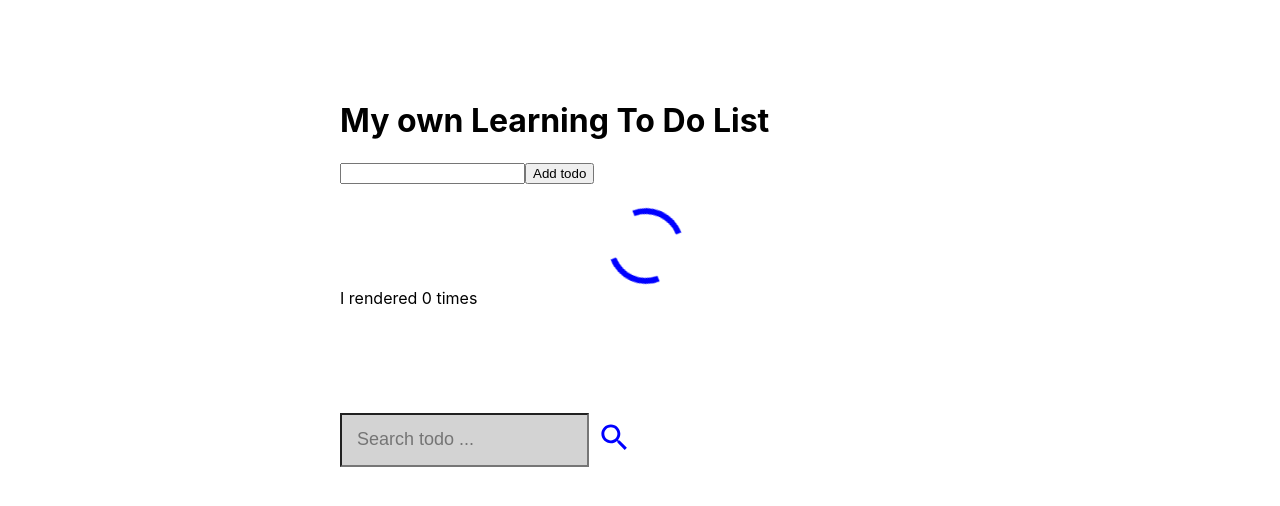
Repository: ArusyakAghajanyan/To-Do
Page: /
The author's editor kept a copy of each file at every save. The page is drawn from the files as they stood at one save, then again after a run of saves.
The browser window is 1280 px wide. The pictures show the whole page.
The page's requests for data from a server got no answer. The project was rebuilt for these pictures with package versions that can differ from the ones it lists, and the page was loaded fresh each time. No one was signed in, and anything a server would have sent is missing. Also part of the build but not shown: src/Todo/TodoItem.js, src/Todo/TodoList.js.

Above is the page before, as saved 2022-03-11 02:21:58.

### src/index.css
body {
  margin: 0;
  font-family: -apple-system, BlinkMacSystemFont, 'Segoe UI', 'Roboto', 'Oxygen',
    'Ubuntu', 'Cantarell', 'Fira Sans', 'Droid Sans', 'Helvetica Neue',
    sans-serif;
  -webkit-font-smoothing: antialiased;
  -moz-osx-font-smoothing: grayscale;
}

code {
  font-family: source-code-pro, Menlo, Monaco, Consolas, 'Courier New',
    monospace;
}
.wrapper {
  padding-top: 5rem;
  margin: 0 auto;
  width: 600px;
}
.rm {
  background: red;
  border-radius: 50%;
  color:#fff;
  border: none;
}

.done {
  text-decoration: line-through;
}

.lds-dual-ring {
  display: inline-block;
  width: 80px;
  height: 80px;
}

.lds-dual-ring:after {
  content: " ";
  display: block;
  width: 64px;
  height: 64px;
  margin: 8px;
  border-radius: 50%;
  border: 6px solid blue;
  border-color: blue transparent blue transparent;
  animation: lds-dual-ring 1.2s linear infinite;
}
@keyframes lds-dual-ring {
  0% {
    transform: rotate(0deg);
  }
  100% {
    transform: rotate(360deg);
  }
}

### src/App.js
import React, { useEffect, useRef } from 'react'
import TodoList from './Todo/TodoList'
import Context from './context'
import Loader from './Loader'
import SearchBar from './Search/SearchBar'

const AddTodo = React.lazy(
  () =>
  new Promise(resolve => {
    setTimeout(() => {
      resolve(import('./Todo/AddTodo'))
    }, 3000)
  })
  )

function App() {
  const [todos, setTodos] = React.useState([])
    // { id: 1, completed: false, title: 'Learn HTML, CSS'},
    // { id: 2, completed: true, title: 'Learn Js'},
    // { id: 3, completed: false, title: 'Learn React'},
    // { id: 4, completed: false, title: 'Learn Java'}
  const [loading, setLoading] = React.useState(true)
  const renderCount = useRef(0)

  useEffect(() => {
    renderCount.current = renderCount.current + 1
  })


useEffect(() => {
  fetch('https://jsonplaceholder.typicode.com/todos?_limit=5')
    .then(response => response.json())
    .then(todos => {
      setTimeout(() => {
        setTodos(todos)
        setLoading(false)
      }, 2000)
    })
}, [])

  function toggleTodo(id){
    setTodos(
    todos.map(todo => {
    if (todo.id === id) {
      todo.completed = !todo.completed
    }
    return todo
    })
    )
  }

  function removeTodo(id){
   setTodos(todos.filter(todo => todo.id !== id))
  }

  function addTodo(title) {
    setTodos(todos.concat([{
      title,
      id: Date.now(),
      completed: false
    }]))
  }
  return (
    <Context.Provider value={{ removeTodo }}>
    <div className='wrapper'>
      <h1>My own Learning To Do List</h1>
      <React.Suspense fallback={<p>Loading...</p>}>

      <AddTodo onCreate={addTodo} />
      </React.Suspense>
      {loading && <Loader />}
      {todos.length ? (
      <TodoList todos={todos} onToggle={toggleTodo} />
      ) : loading ? null : (
        <p>No todos!</p>
       )}
       <div> I rendered {renderCount.current} times </div>
       <div >
      <SearchBar placeholder="Search todo ..." data={todos} />
    </div>

    </div>
    </Context.Provider>

  )
}

export default App

// className="App"

### src/Loader.js
import React from 'react'

export default () => <div style={{display: 'flex', justifyContent: 'center', margin: '.5rem' }}>
    <div className="lds-dual-ring" /></div>

### src/Search/SearchBar.js
import React, { useState } from "react";
import "./SearchBar.css";
import SearchIcon from '@mui/icons-material/Search';
import CloseIcon from '@mui/icons-material/Close';

function SearchBar({ placeholder, data }) {
  const [filteredData, setFilteredData] = useState([]);
  const [wordEntered, setWordEntered] = useState("");

  const handleFilter = (event) => {
    const searchWord = event.target.value;
    setWordEntered(searchWord);
    const newFilter = data.filter((value) => {
      return value.title.toLowerCase().includes(searchWord.toLowerCase());
    });

    if (searchWord === "") {
      setFilteredData([]);
    } else {
      setFilteredData(newFilter);
    }
  };

  const clearInput = () => {
    setFilteredData([]);
    setWordEntered("");
  };

  return (
    <div className="search">
      <div className="searchInputs">
        <input
          type="text"
          placeholder={placeholder}
          value={wordEntered}
          onChange={handleFilter}

        />
        <div className="searchIcon">
          {filteredData.length === 0 ? (
            <SearchIcon />
          ) : (
            <CloseIcon id="clearBtn" onClick={clearInput} />
          )}
        </div>
      </div>
      {filteredData.length != 0 && (
        <div className="dataResult">
          {filteredData.slice(0, 15).map((value, key) => {
            return (
              <a className="dataItem" href={value.link} target="_blank">
                <p>{value.title} </p>
              </a>
            );
          })}
        </div>
      )}
    </div>
  );

}

export default SearchBar;

### src/Todo/AddTodo.js
import React, { useState } from "react";
import PropTypes from "prop-types";

function useInputValue(defaultValue = " ") {
  const [value, setValue] = useState(defaultValue);
  return {
    bind: {
      value,
      onChange: (event) => setValue(event.target.value),
    },
    clear: () => setValue(""),
    value: () => value,
  };
}

function AddTodo({ onCreate }) {
  const input = useInputValue(" ");

  function submitHandler(event) {
    event.preventDefault();

    if (input.value().trim()) {
      onCreate(input.value());
      input.clear();
    }
  }

  return (
    <form style={{ marginBottom: "1rem" }} onSubmit={submitHandler}>
      <input {...input.bind} />
      <button type="submit">Add todo</button>
    </form>
  );
}

AddTodo.propTypes = {
  onCreate: PropTypes.func.isRequired,
};

export default AddTodo;

### src/Search/SearchBar.css
.searchInputs {
    margin-top: 105px;
    display: flex;
  }

  .search input{
    background-color: lightgray;

    /* border-radius: 2px; */
    border-top-right-radius: 0px;
    border-bottom-right-radius: 0px;
    font-size: 18px;
    padding: 15px;
    height: 20px;
    width: 215px;
  }

  .searchIcon {
    /* border: 2px solid blue; */
    height: 50px;
    width: 50px;
    background-color: white;
    display: grid;
    place-items: center;
    color: blue;
  }

  input:focus {
    outline: none;
  }
  .searchIcon svg {
    font-size: 35px;
  }

  .dataResult {
    margin-top: 0px;
    width: 300px;
    height: 200px;
    background-color: lightgray;
    box-shadow: rgba(0, 0, 0, 0.35) 0px 5px 15px;
    overflow: hidden;
    overflow-y: auto;
  }

  .dataResult::-webkit-scrollbar {
    display: none;
  }

  .dataResult .dataItem {
    width: 100%;
    height: 50px;
    display: flex;
    align-items: center;
    color: black;
  }

  .dataItem p {
    margin-left: 10px;
  }
  a {
    text-decoration: none;
  }

  a:hover {
    background-color: lightgrey;
  }

  #clearBtn {
    cursor: pointer;
  }

Loaded but not shown: public/index.html (common file); src/index.js (common file); src/reportWebVitals.js (common file); src/context.js (common file)

After the next 2 saves:
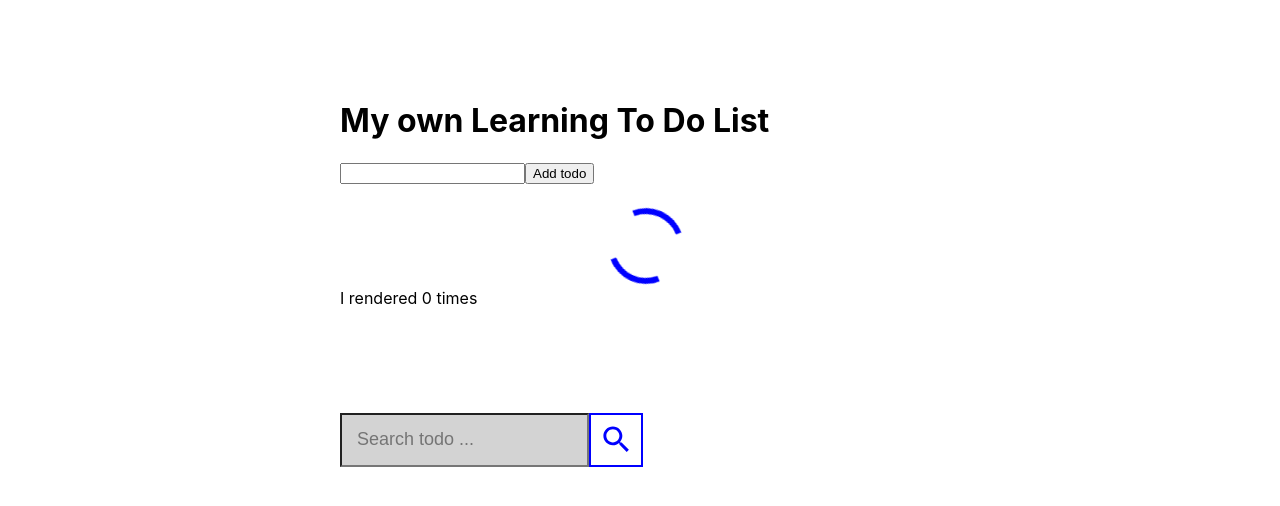
The 2 saves are shown as one change because they came seconds apart.
The last was saved 44 s later.
--- a/src/Search/SearchBar.css
+++ b/src/Search/SearchBar.css
@@ -16,7 +16,7 @@
   }
 
   .searchIcon {
-    /* border: 2px solid blue; */
+    border: 2px solid blue;
     height: 50px;
     width: 50px;
     background-color: white;

After the save that followed:
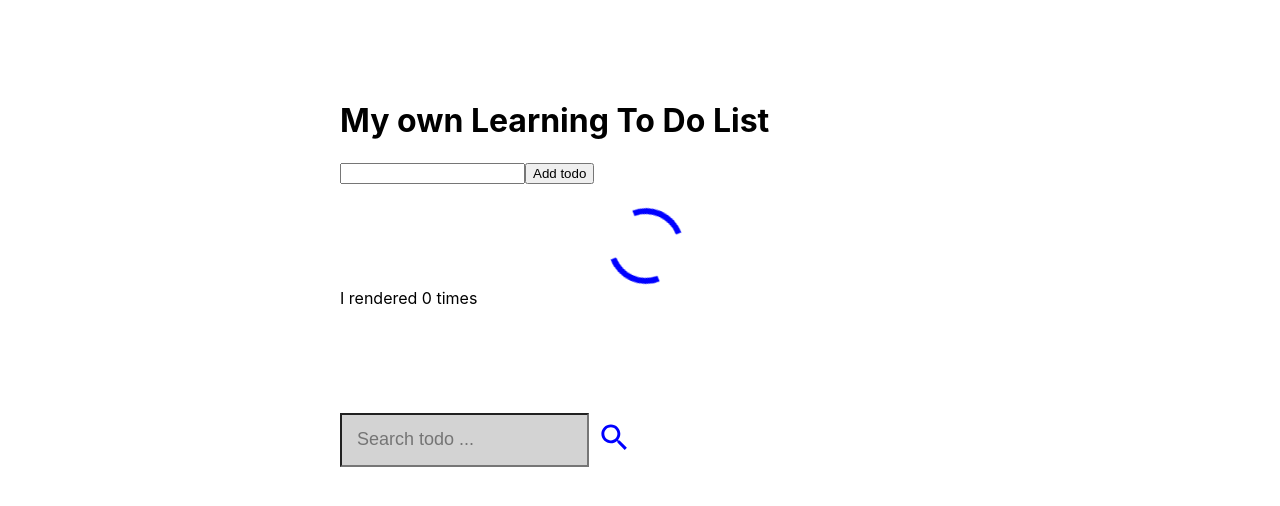
Saved 8 s later.
--- a/src/Search/SearchBar.css
+++ b/src/Search/SearchBar.css
@@ -16,7 +16,7 @@
   }
 
   .searchIcon {
-    border: 2px solid blue;
+    border: 2px solid gr;
     height: 50px;
     width: 50px;
     background-color: white;
